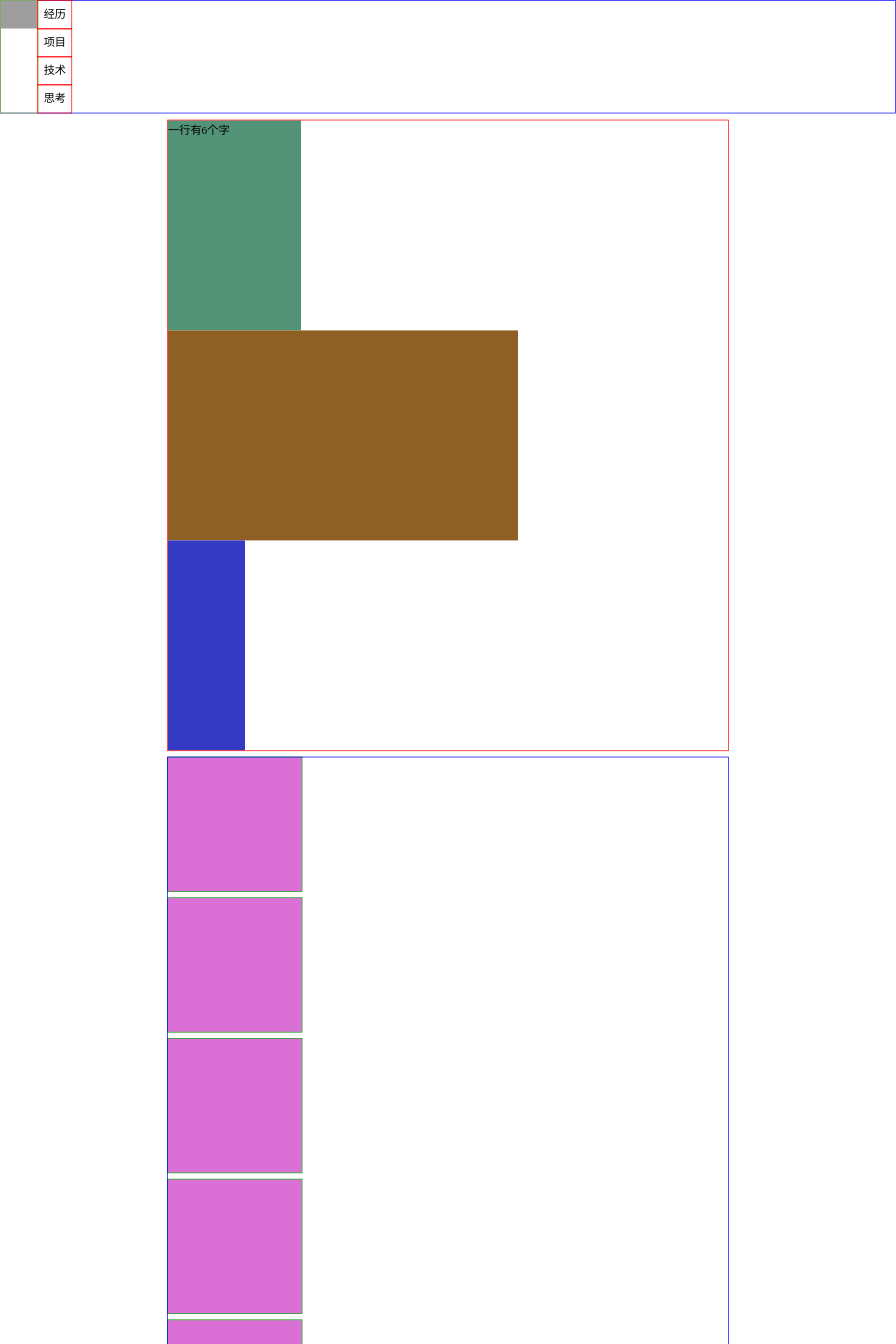
Repository: Lixianlai-2/Css-practice
Page: flex布局/index.html
The author's editor kept a copy of each file at every save. The page is drawn from the files as they stood at one save, then again after the next save.
The browser window is 1280 px wide. The pictures show the part of the page from y = 0 to 1920 px (the page is 3283 px tall before and 3163 px after), at 70% of full size.
Pictures or frames that could not be fetched are drawn as grey boxes.

Above is the page before, as saved 2021-12-04 10:56:42.

### flex布局/index.html
<!DOCTYPE html>
<html>
  <head>
    <meta charset="utf-8" />
    <link rel="stylesheet" href="style.css" />
    <title>float浮动</title>
  </head>

  <body>
    <header>
      <div class="logo">
        <img
          src="https://avatars.githubusercontent.com/u/23273345?v=4"
          alt="头像"
        />
      </div>
      <ul>
        <li>经历</li>
        <li>项目</li>
        <li>技术</li>
        <li>思考</li>
      </ul>
    </header>
    <div class="content">
      <aside>一行有6个字</aside>
      <main></main>
      <div class="ad"></div>
    </div>

    <div class="imageList">
      <div class="x">
        <div class="image"></div>
        <div class="image"></div>
        <div class="image"></div>
        <div class="image"></div>
        <div class="image"></div>
        <div class="image"></div>
        <div class="image"></div>
        <div class="image"></div>
        <div class="image"></div>
        <div class="image"></div>
        <div class="image"></div>
      </div>
    </div>
  </body>
</html>

### flex布局/style.css
* {
  margin: 0;
  padding: 0;
  box-sizing: border-box;
}

img {
  max-width: 100%;
}

header {
  border: 1px solid blue;
}

ul,
ol {
  list-style: none;
}

.logo {
  display: inline-block;
  outline: 1px solid yellowgreen;
  justify-content: flex-start;
  /* height: 40px; */
}

header {
  display: flex;
}

.logo > img {
  height: 40px;
  vertical-align: middle;
}

ul > li {
  outline: 1px solid red;
  line-height: 32px;

  padding: 4px 0.5em;
}
ul {
  justify-content: flex-start;
  /* 必须让其浮动，也让logo浮动，才能让其父容器完全贴合 */
}

.content {
  /* 不占据空间，绘制于元素内容周围 */
  outline: 1px solid red;
  width: 800px;
  margin-top: 10px;
  margin-left: auto;
  margin-right: auto;
}

.content > aside {
  width: 190px;
  height: 300px;

  background-color: rgb(83, 147, 119);
}

.content > main {
  height: 300px;
  width: 500px;

  background-color: rgb(142, 96, 35);
}

.content > .ad {
  width: 110px;
  height: 300px;

  background-color: rgb(52, 59, 194);
}

.imageList {
  outline: 1px solid blue;
  width: 800px;
  margin-left: auto;
  margin-right: auto;
}

.image {
  outline: 1px solid green;
  background-color: orchid;
  width: 191px;
  height: 191px;

  margin-top: 10px;
  margin-right: 12px;
}

.x {
  margin-right: -12px;
}

After the next save:
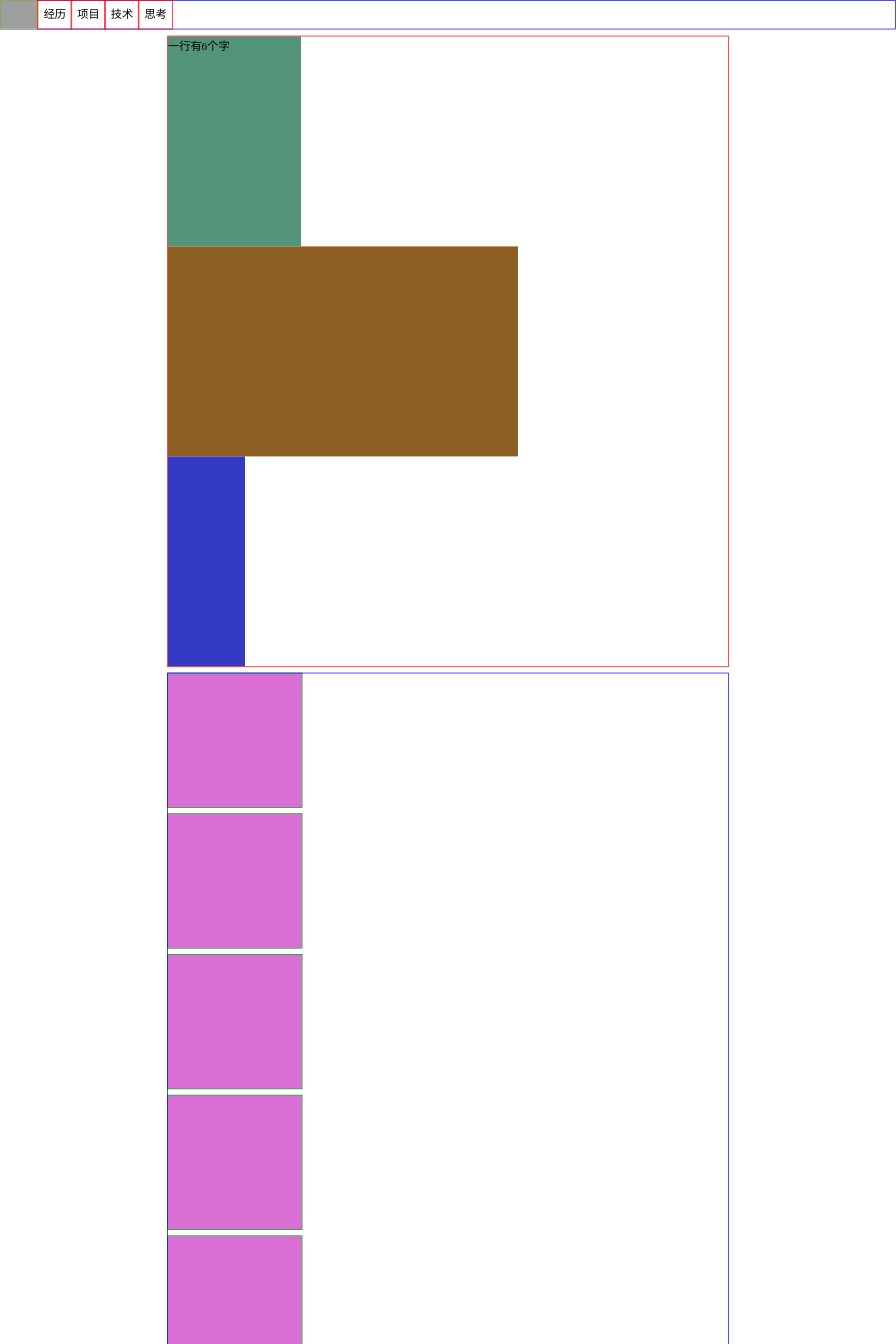
Saved 35 s later.
--- a/flex布局/style.css
+++ b/flex布局/style.css
@@ -34,12 +34,14 @@ header {
 }
 
 ul > li {
+  justify-content: flex-start;
   outline: 1px solid red;
   line-height: 32px;
 
   padding: 4px 0.5em;
 }
 ul {
+  display: flex;
   justify-content: flex-start;
   /* 必须让其浮动，也让logo浮动，才能让其父容器完全贴合 */
 }
